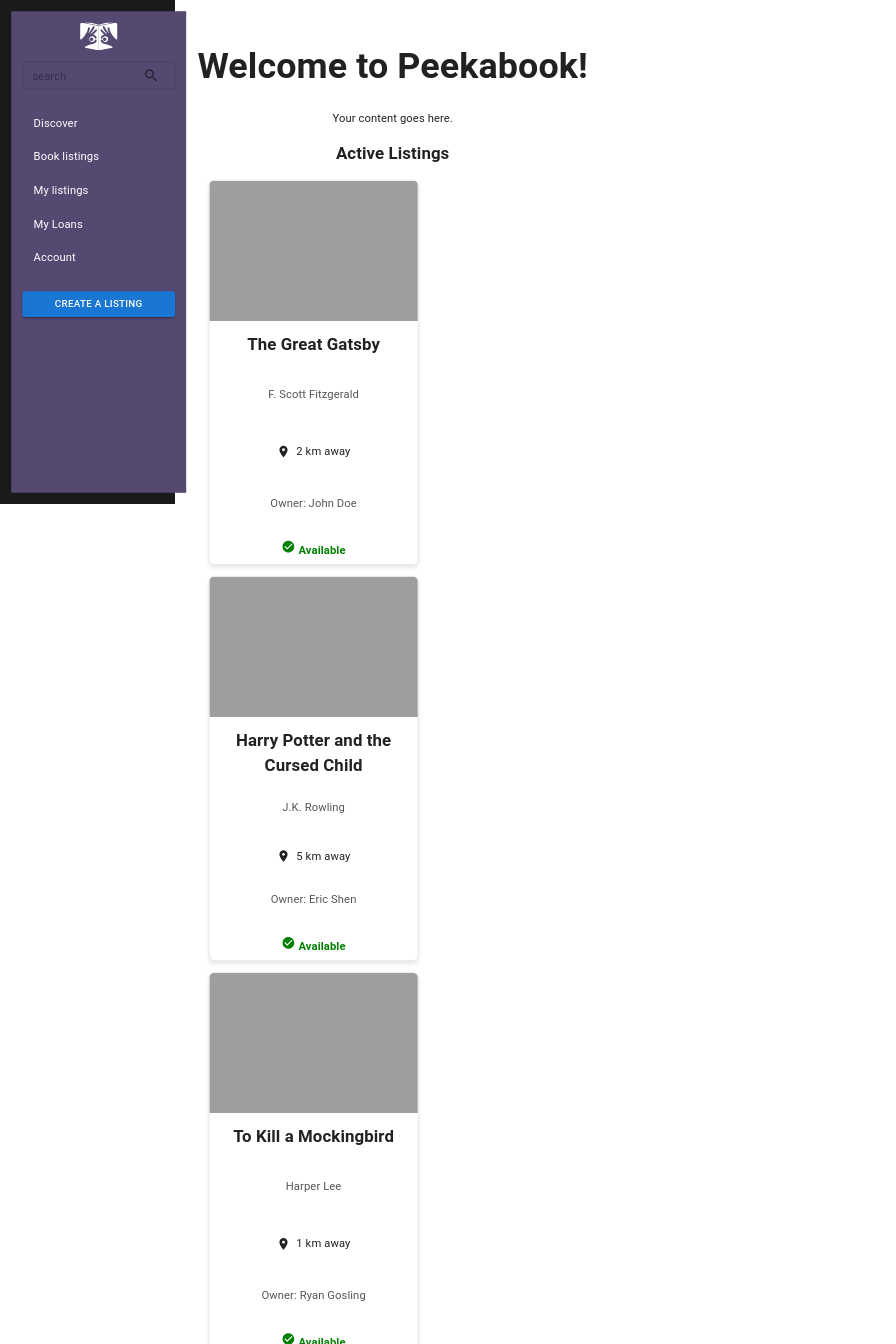
Repository: Aladdin3r/peekabook
Page: /
These files come from the project's save history. The page is drawn as it stood at one moment and after the next save; the edit follows.
The browser window is 1280 px wide. The pictures show the part of the page from y = 0 to 1920 px (the page is 3071 px tall), at 70% of full size.
Pictures or frames that could not be fetched are drawn as grey boxes. The project was rebuilt for these pictures with package versions that can differ from the ones it lists, and the page was loaded fresh each time. Also part of the build but not shown: vite.config.js.

Above is the page before, as saved 2024-10-22 22:13:32.

### index.html
<!doctype html>
<html lang="en">
  <head>
    <meta charset="UTF-8" />
    <link rel="icon" type="image/svg+xml" href="/logo-pink.png" />
    <meta name="viewport" content="width=device-width, initial-scale=1.0" />
    <title>Peekabook</title>
  </head>
  <body>
    <div id="root"></div>
    <script type="module" src="/src/main.jsx"></script>
  </body>
</html>

### src/App.jsx
import React from 'react';
import { CssBaseline, ThemeProvider, createTheme } from '@mui/material';
import Navbar from './components/navbar';
import './index.css';
import './App.css'
import BookCard from './components/bookCard';
import booksData from './booksData';


const theme = createTheme({
  // You can customize your theme here
});

const App = () => {
  return (
    <ThemeProvider theme={theme}>
      <CssBaseline />
      <div id="root">
        <div className="sidebar">
          <Navbar />
        </div>
        <div className="main-content">
          {/* Other main content goes here */}
          <h1>Welcome to Peekabook!</h1>
          <p>Your content goes here.</p>

          <h2>Active Listings</h2>

          <div className="book-listings">
            {booksData.map((book) => (
              <BookCard
                key={book.id}
                bookImage={book.bookImage}
                title={book.title}
                author={book.author}
                location={book.location}
                available={book.available}
                owner={book.owner}
              />
            ))}
          </div>
        </div>
      </div>
    </ThemeProvider>
  );
};

export default App;

### src/index.css
:root {
  font-family: Inter, system-ui, Avenir, Helvetica, Arial, sans-serif;
  line-height: 1.5;
  font-weight: 400;

  color-scheme: light dark;
  color: rgba(255, 255, 255, 0.87);
  background-color: #242424;

  font-synthesis: none;
  text-rendering: optimizeLegibility;
  -webkit-font-smoothing: antialiased;
  -moz-osx-font-smoothing: grayscale;
}

a {
  font-weight: 500;
  color: #646cff;
  text-decoration: inherit;
}
a:hover {
  color: #535bf2;
}

body {
  margin: 0;
  display: flex;
  min-width: 320px;
  min-height: 100vh;
}

h1 {
  font-size: 3.2em;
  line-height: 1.1;
}

button {
  border-radius: 8px;
  border: 1px solid transparent;
  padding: 0.6em 1.2em;
  font-size: 1em;
  font-weight: 500;
  font-family: inherit;
  background-color: #1a1a1a;
  cursor: pointer;
  transition: border-color 0.25s;
}
button:hover {
  border-color: #646cff;
}
button:focus,
button:focus-visible {
  outline: 4px auto -webkit-focus-ring-color;
}

@media (prefers-color-scheme: light) {
  :root {
    color: #213547;
    background-color: #ffffff;
  }
  a:hover {
    color: #747bff;
  }
  button {
    background-color: #f9f9f9;
  }
}

### src/components/navbar.jsx
// Navbar.js
import React from 'react';
import { Drawer, List, ListItem, ListItemText, TextField, IconButton, Button, Link } from '@mui/material';
import { Search, Menu } from '@mui/icons-material';
import { styled } from '@mui/system';

const Logo = styled('img')({
  height: '40px', // Adjust as needed
  marginBottom: '16px',
});

const Sidebar = styled('div')({
  width: 250,
  padding: '16px',
  display: 'flex',
  flexDirection: 'column',
  backgroundColor: '#554971',
  height: '100vh', // Make it full height
  color: 'white',
});

const SearchContainer = styled('form')({
  display: 'flex',
  alignItems: 'center',
  marginBottom: '16px',
});

const Navbar = () => {
  const navItems = ['Discover', 'Book listings', 'My listings', 'My Loans', 'Account'];

  return (
    <Sidebar>
      <Logo src="logo-white.svg" alt="Logo" />
      <SearchContainer>
        <TextField
          variant="outlined"
          placeholder="search"
          size="small"
          InputProps={{
            endAdornment: (
              <IconButton type="submit">
                <Search />
              </IconButton>
            ),
          }}
        />
      </SearchContainer>
      <List>
        {navItems.map((text) => (
          <ListItem button key={text}>
            <Link href="#" underline="none" sx={{ width: '100%', color: 'inherit' }}>
              <ListItemText primary={text} />
            </Link>
          </ListItem>
        ))}
      </List>
      <Link href="#" underline="none">
        <Button variant="contained" color="primary" sx={{ marginTop: '16px', width: '100%' }}>
          Create a listing
        </Button>
      </Link>
    </Sidebar>
  );
};

export default Navbar;

### src/App.css
#root {
  display: flex; /* Use flexbox for layout */
  max-width: 1280px;
  margin: 0;
  padding: 0;
  height: 100vh; /* Make sure the root takes full height */
}

.sidebar {
  width: 250px; /* Set a fixed width for the sidebar */
  background-color: #1a1a1a; /* Background color for the sidebar */
  padding: 1rem; /* Padding inside the sidebar */
  display: flex;
  flex-direction: column; /* Stack items vertically */
  color: white; /* Text color */
}

.main-content {
  flex-grow: 1; /* Allow the main content to fill the remaining space */
  padding: 2rem;
  text-align: center; /* Center the text */
}

.logo {
  height: 6em;
  padding: 1.5em;
  will-change: filter;
  transition: filter 300ms;
}
.logo:hover {
  filter: drop-shadow(0 0 2em #646cffaa);
}
.logo.react:hover {
  filter: drop-shadow(0 0 2em #61dafbaa);
}

@keyframes logo-spin {
  from {
    transform: rotate(0deg);
  }
  to {
    transform: rotate(360deg);
  }
}

@media (prefers-reduced-motion: no-preference) {
  a:nth-of-type(2) .logo {
    animation: logo-spin infinite 20s linear;
  }
}

.card {
  padding: 2em;
}

.read-the-docs {
  color: #888;
}

/* book card stuff */
.book-listing{
  display:flex;
  flex-wrap: wrap;
  justify-content: center;
}

.book-card {
  width: 300px; /* Fixed width */
  height: 550px; /* Fixed height */
  border: 1px solid #ddd;
  border-radius: 8px;
  margin: 1rem;
  overflow: hidden;
  display: flex;
  flex-direction: column;
  box-shadow: 0px 4px 6px rgba(0, 0, 0, 0.1);
}

.book-image {
  width: 100%;
  height: 200px;
  object-fit: cover; /* Ensures the image covers the area without distortion */
}

.book-details {
  padding: 16px;
  flex-grow: 1;
  display: flex;
  flex-direction: column;
  justify-content: space-between; /* Spreads items vertically */
}

.book-title {
  font-size: 1.5em;
  margin: 0;
}

.book-author {
  color: #555;
  margin: 0.5em 0;
}

.location {
  display: flex;
  align-items: center;
  justify-content: center; /* Center the location */
  margin-top: 1em;
}

.location span {
  margin-left: 0.5em; /* Space between icon and text */
}

.book-owner {
  color: #555;
  margin-top: 1em;
}

.availability {
  padding: 8px 16px;
  text-align: center; /* Center the availability text */
}

.available {
  color: green;
  font-weight: bold;
}

.unavailable {
  color: red;
  font-weight: bold;
}

### src/components/bookCard.jsx
// components/BookCard.jsx
import React from 'react';
import LocationOnIcon from '@mui/icons-material/LocationOn';
import CheckCircleIcon from '@mui/icons-material/CheckCircle';
import CancelIcon from '@mui/icons-material/Cancel';

const BookCard = ({ bookImage, title, author, location, available, owner }) => {
  return (
    <div className="book-card">
      <img src={bookImage} alt={title} className="book-image" />
      <div className="book-details">
        <h2 className="book-title">{title}</h2>
        <p className="book-author">{author}</p>
        <div className="location">
          <LocationOnIcon fontSize="small" />
          <span>{location}</span>
        </div>
        <p className="book-owner">Owner: {owner}</p>
      </div>
      <div className="availability">
        {available ? (
          <span className="available">
            <CheckCircleIcon fontSize="small" /> Available
          </span>
        ) : (
          <span className="unavailable">
            <CancelIcon fontSize="small" /> Unavailable
          </span>
        )}
      </div>
    </div>
  );
};

export default BookCard;

### src/booksData.js
const booksData = [
    {
      id: 1,
      bookImage: 'https://upload.wikimedia.org/wikipedia/commons/7/7a/The_Great_Gatsby_Cover_1925_Retouched.jpg',
      title: 'The Great Gatsby',
      author: 'F. Scott Fitzgerald',
      location: '2 km away',
      available: true,
      owner: 'John Doe'
    },
    {
      id: 2,
      bookImage: 'https://upload.wikimedia.org/wikipedia/commons/5/52/Harry_Potter_and_the_Cursed_Child_-_London_Book_Fair_2016.jpg',
      title: 'Harry Potter and the Cursed Child',
      author: 'J.K. Rowling',
      location: '5 km away',
      available: true,
      owner: 'Eric Shen'
    },
    {
      id: 3,
      bookImage: 'https://upload.wikimedia.org/wikipedia/commons/4/4f/To_Kill_a_Mockingbird_%28first_edition_cover%29.jpg',
      title: 'To Kill a Mockingbird',
      author: 'Harper Lee',
      location: '1 km away',
      available: true,
      owner: 'Ryan Gosling'
    },
    {
      id: 4,
      bookImage: 'https://upload.wikimedia.org/wikipedia/commons/3/35/Diary_of_a_Wimpy_Kid_copies_on_a_book_shelve.jpg',
      title: 'Diary of a Wimpy Kid',
      author: 'Jeff Kinney',
      location: '3 km away',
      available: true,
      owner: 'Ryan Reynolds'
    },
    {
      id: 5,
      bookImage: 'https://upload.wikimedia.org/wikipedia/commons/9/9f/Twilight_Tales_Told_to_Tiny_Tots_-_book_cover.png',
      title: 'Twilight',
      author: 'Stephenie Meyer',
      location: '7 km away',
      available: false,
      owner: 'Jasmine Putri'
    },

    //idk how entering new data for the other books through the create listing pages is gna work.
  ];

  export default booksData;

Loaded but not shown: src/main.jsx (common file)

After the next save:
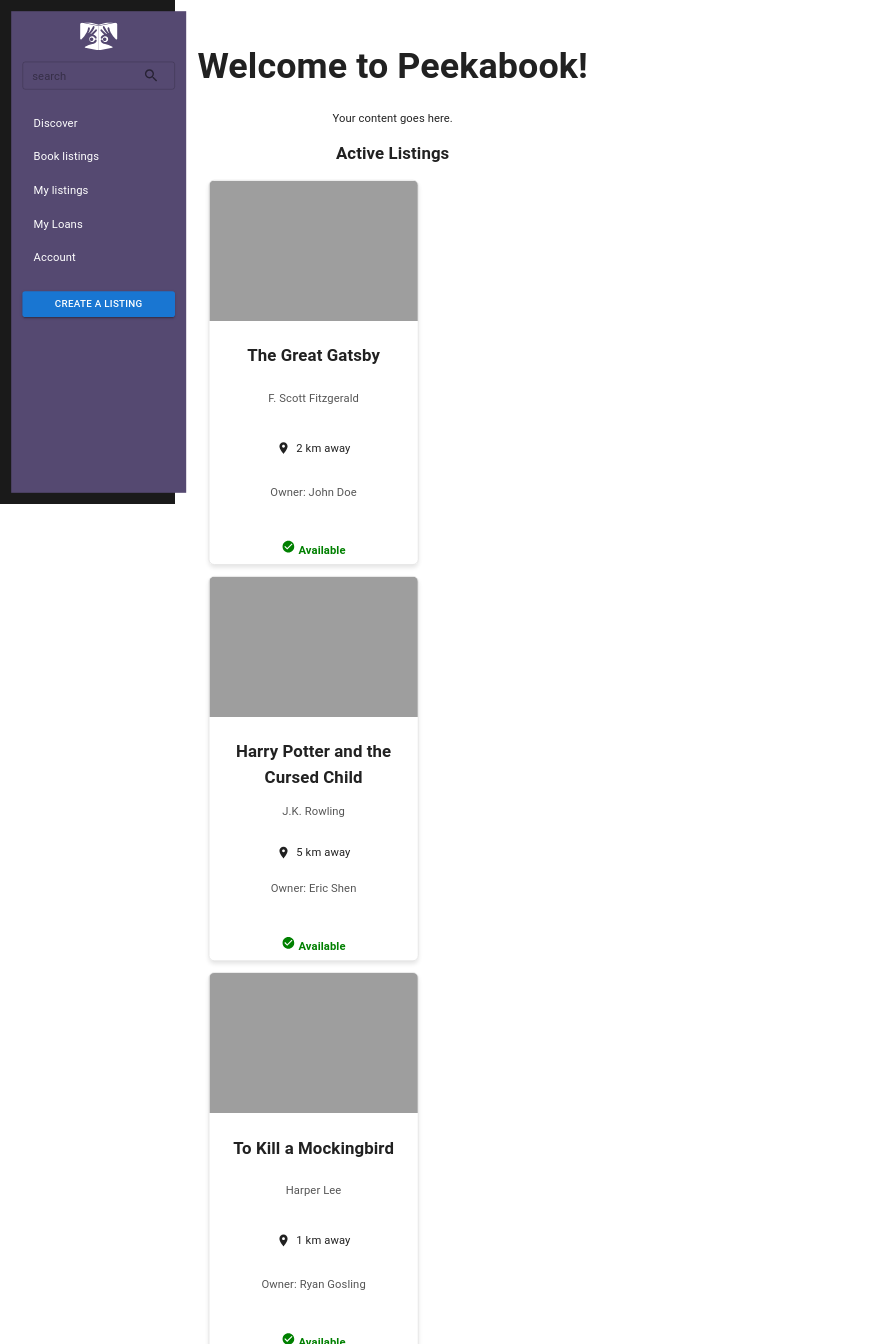
Saved 4 s later.
--- a/src/App.css
+++ b/src/App.css
@@ -83,7 +83,7 @@
 }
 
 .book-details {
-  padding: 16px;
+  padding: 32px;
   flex-grow: 1;
   display: flex;
   flex-direction: column;
